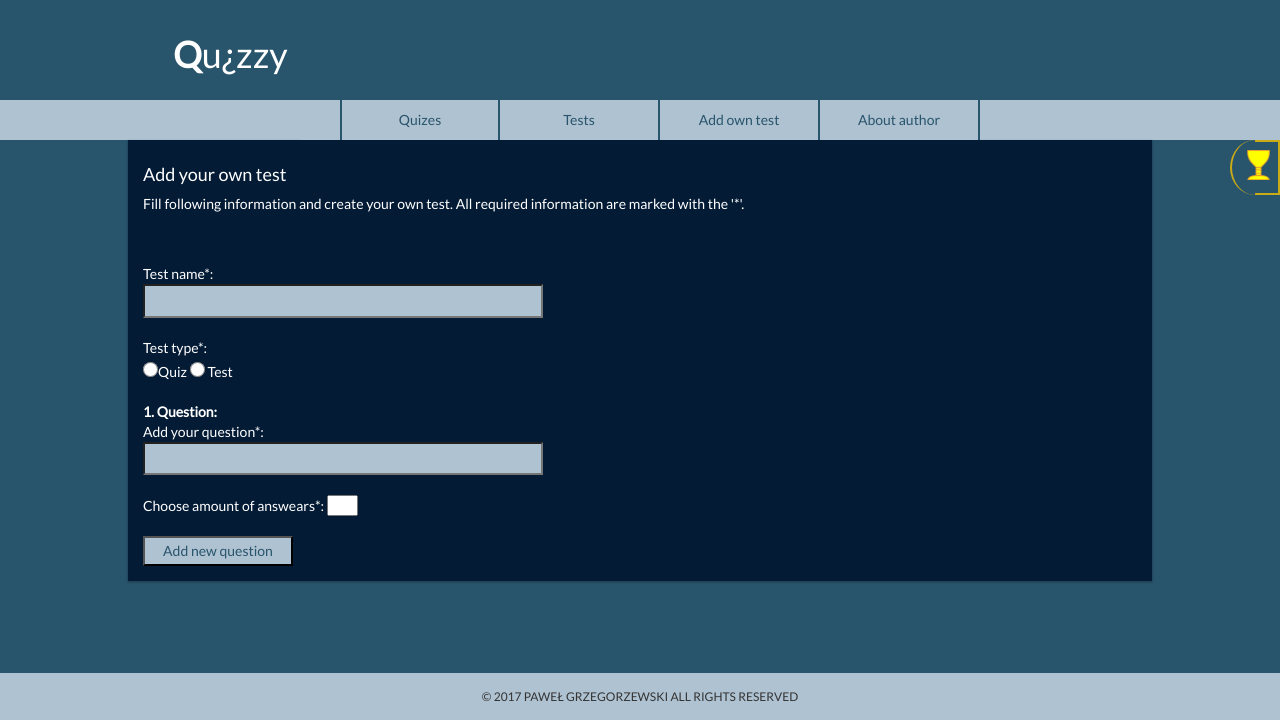
Repository: pgrzegorzewski/quiz
Page: http://localhost/app/add_test.php
The author's editor kept a copy of each file at every save. The page is drawn from the files as they stood at one save, then again after the next save.
The browser window is 1280 px wide. The pictures show the whole page.
Some web libraries are served in a nearby version. The page is run by PHP 8.4 with error messages shown; the project is at /var/www/html/.

Above is the page before, as saved 2017-09-17 20:21:15.

After the next save:
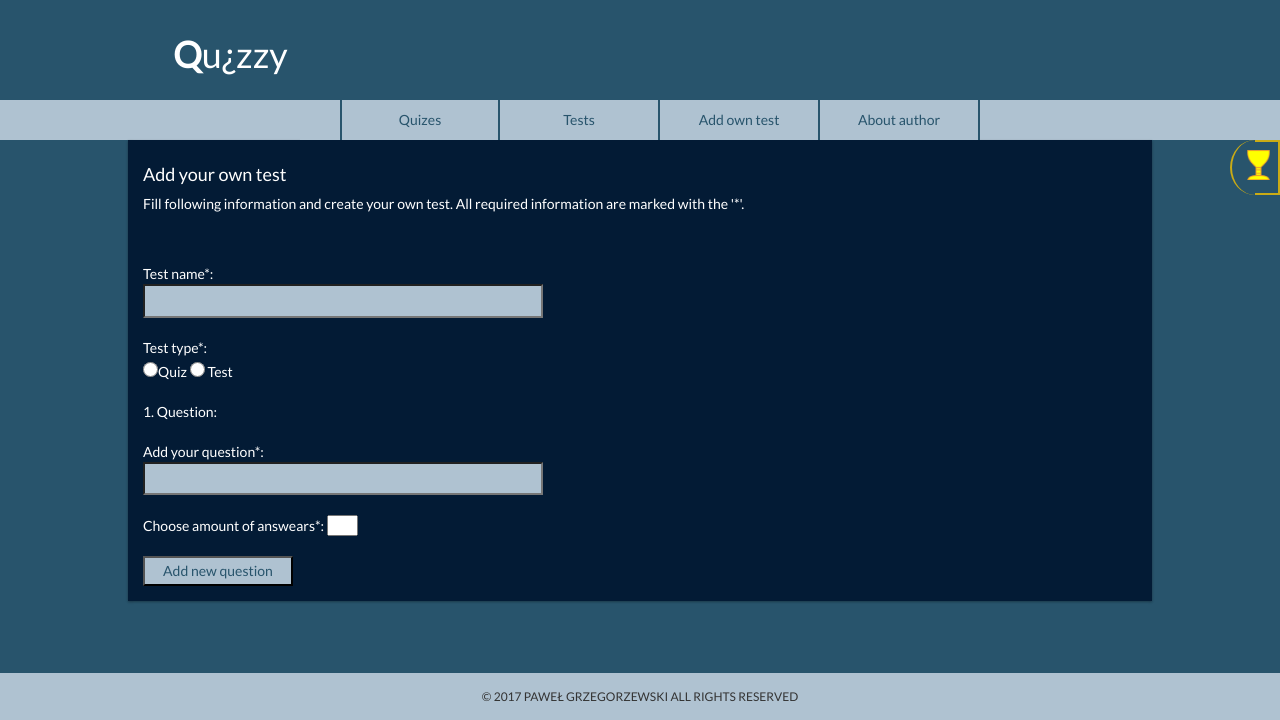
Saved 29 s later.
--- a/htdocs/app/learningapp/app/add_test.php
+++ b/htdocs/app/learningapp/app/add_test.php
@@ -76,7 +76,7 @@
 				<div id = "question_container">
 					<div class = 'new_question_div'>
 						<form class = "newQuestion" id = '1'>
-						<span class="questionTitle">1. Question:</span><br>
+						<span class="">1. Question:</span><br><br>
 						Add your question*:<br>
 						<input class = "testGeneralInformation" type = "text" name = "question"><br><br>
 						Choose amount of answears*:
